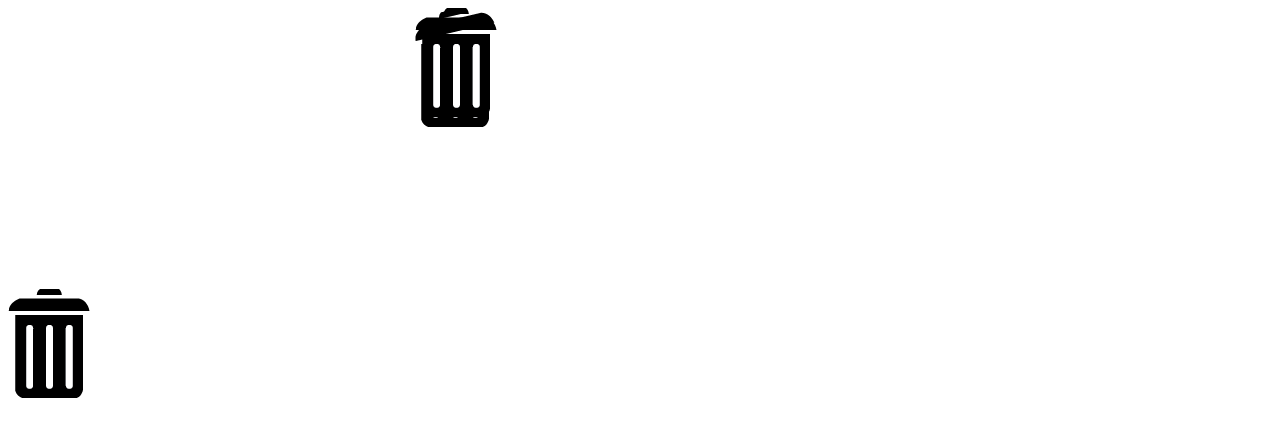
Repository: raghu225/raghu225.github.io
Page: space/index.html
The author's editor kept a record of every edit. The page is drawn from the files as they stood at one moment, then again after the next edit.
The browser window is 1280 px wide. The pictures show the whole page.

Above is the page before.

### space/index.html
<html>

    <head>
        <title>Urvi | Space</title>
        <link href="assets/css/style.css" rel="stylesheet" type="text/css" />
    </head>

    <body>

    <div id="bin">
        <img class="bottom" src="assets/images/opentrashcan.png" />
        <img class="top" src="assets/images/trashcan.png" />
    </div>
    <img src="assets/images/trashcan.png" class="bin"></img>

    </body>

### space/assets/css/style.css
#bin {
  position:relative;
  height:281px;
  width:450px;
  margin:0 auto;
}

#bin img {
  position:absolute;
  left:0;
  -webkit-transition: opacity 1s ease-in-out;
  -moz-transition: opacity 1s ease-in-out;
  -o-transition: opacity 1s ease-in-out;
  transition: opacity 1s ease-in-out;
}

#bin img.top:hover {
  opacity:0;
}

After the next edit:
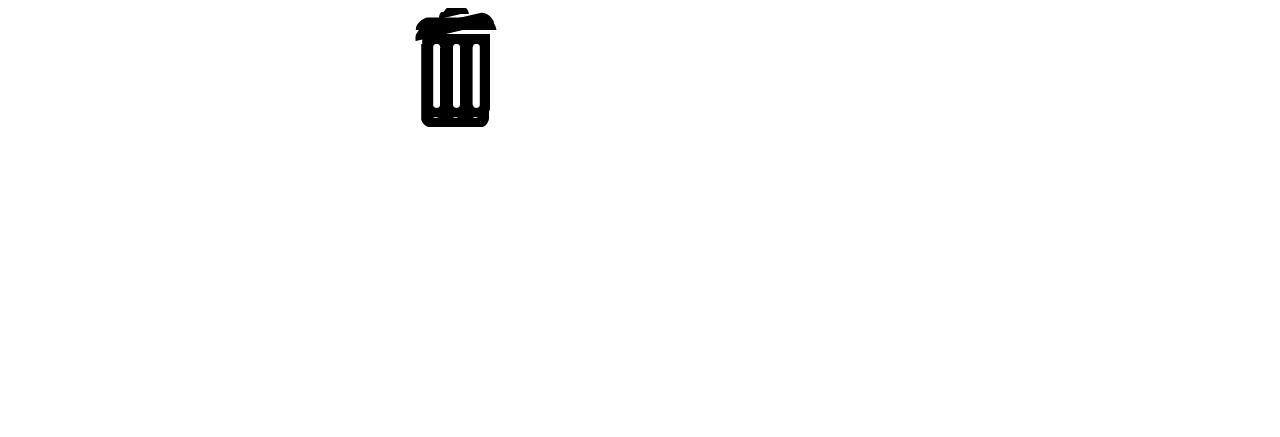
The edit:
--- a/space/index.html
+++ b/space/index.html
@@ -11,6 +11,5 @@
         <img class="bottom" src="assets/images/opentrashcan.png" />
         <img class="top" src="assets/images/trashcan.png" />
     </div>
-    <img src="assets/images/trashcan.png" class="bin"></img>
 
     </body>
